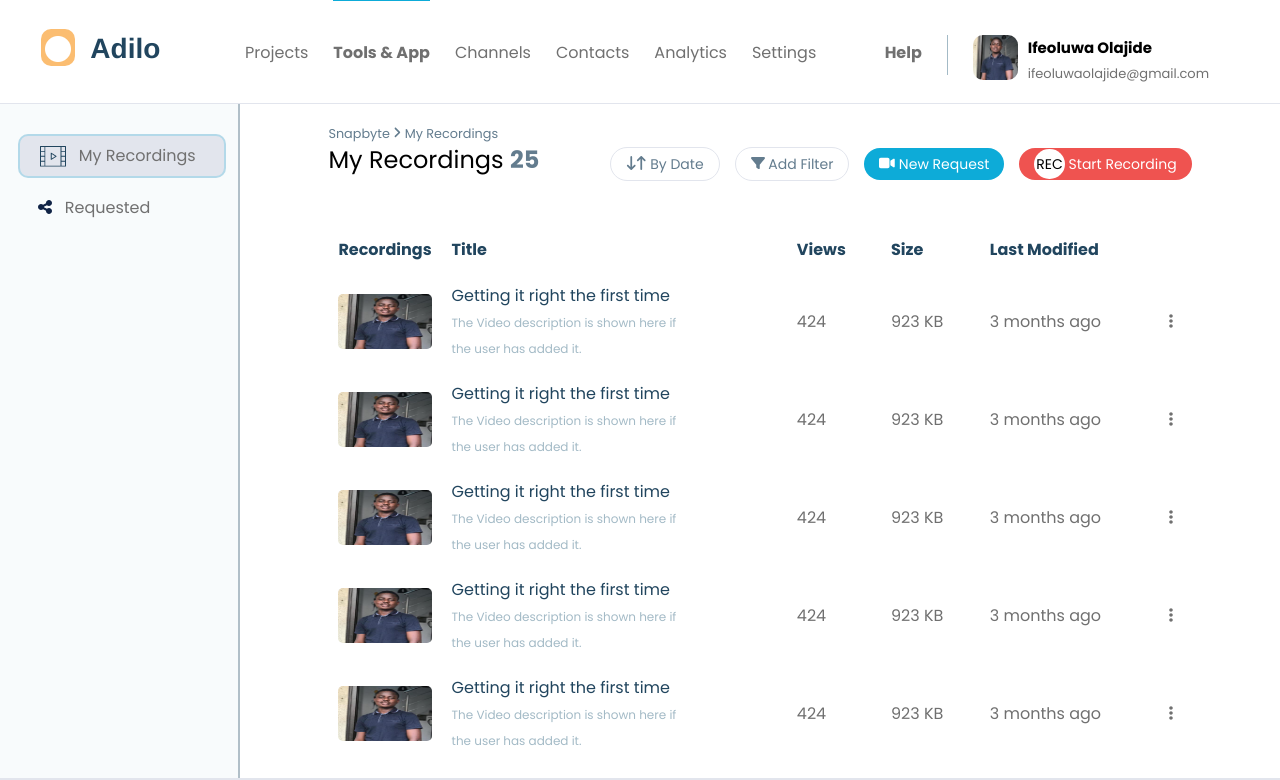
Repository: olhighjay/video_recorder
Page: /
An editor plug-in stored every save of this project. The page is shown before and after the next save, followed by the edit.
The browser window is 1280 px wide. The pictures show the whole page.
Some web libraries are served in a nearby version. The project was rebuilt for these pictures with package versions that can differ from the ones it lists, and the page was loaded fresh each time. Also part of the build but not shown: vue.config.js.

Above is the page before, as saved 2022-07-29 08:40:00.

### public/index.html
<!DOCTYPE html>
<html lang="">
  <head>
    <meta charset="utf-8">
    <meta http-equiv="X-UA-Compatible" content="IE=edge">
    <meta name="viewport" content="width=device-width,initial-scale=1.0">
    <link rel="icon" href="<%= BASE_URL %>favicon.ico">
    <title><%= htmlWebpackPlugin.options.title %></title>
    <link rel="stylesheet" href="https://cdn.jsdelivr.net/npm/bootstrap@4.0.0/dist/css/bootstrap.min.css" integrity="sha384-Gn5384xqQ1aoWXA+058RXPxPg6fy4IWvTNh0E263XmFcJlSAwiGgFAW/dAiS6JXm" crossorigin="anonymous">
    <link rel="stylesheet" href="https://cdnjs.cloudflare.com/ajax/libs/font-awesome/6.1.2/css/all.min.css" integrity="sha512-1sCRPdkRXhBV2PBLUdRb4tMg1w2YPf37qatUFeS7zlBy7jJI8Lf4VHwWfZZfpXtYSLy85pkm9GaYVYMfw5BC1A==" crossorigin="anonymous" referrerpolicy="no-referrer" />
  </head>
  <body>
    <noscript>
      <strong>We're sorry but <%= htmlWebpackPlugin.options.title %> doesn't work properly without JavaScript enabled. Please enable it to continue.</strong>
    </noscript>
    <div id="app"></div>
    <!-- built files will be auto injected -->

    <script src="https://cdnjs.cloudflare.com/ajax/libs/font-awesome/6.1.2/js/all.min.js" integrity="sha512-8pHNiqTlsrRjVD4A/3va++W1sMbUHwWxxRPWNyVlql3T+Hgfd81Qc6FC5WMXDC+tSauxxzp1tgiAvSKFu1qIlA==" crossorigin="anonymous" referrerpolicy="no-referrer"></script>
    <script src="https://code.jquery.com/jquery-3.2.1.slim.min.js" integrity="sha384-KJ3o2DKtIkvYIK3UENzmM7KCkRr/rE9/Qpg6aAZGJwFDMVNA/GpGFF93hXpG5KkN" crossorigin="anonymous"></script>
    <script src="https://cdn.jsdelivr.net/npm/popper.js@1.12.9/dist/umd/popper.min.js" integrity="sha384-ApNbgh9B+Y1QKtv3Rn7W3mgPxhU9K/ScQsAP7hUibX39j7fakFPskvXusvfa0b4Q" crossorigin="anonymous"></script>
    <script src="https://cdn.jsdelivr.net/npm/bootstrap@4.0.0/dist/js/bootstrap.min.js" integrity="sha384-JZR6Spejh4U02d8jOt6vLEHfe/JQGiRRSQQxSfFWpi1MquVdAyjUar5+76PVCmYl" crossorigin="anonymous"></script>
  </body>
</html>

### src/App.vue
<template>
  <!-- <img alt="Vue logo" src="./assets/logo.png"> -->
  <div>
    <navbar></navbar>
    <div id="main-flex">
      <div class="my-sidebar">
        <ul class="my-sidebar-items">
            <li class="sidebar-item-active"> <img src="./assets/video-player.png" alt=""> &nbsp; My Recordings</li>
            <li> <i class="fa fa-share-alt" style="color:#102346"></i> &nbsp; Requested</li>
        </ul>
      </div>
        <div class="my-main">
          <div class="my-main-container">
            <div><small class="breadcrumbs">Snapbyte <i class="fa fa-angle-right" style="font-weight:200"></i> My Recordings</small></div>
            <div class="subheading-tab">
              <div> <span class="my-recordings">My Recordings </span><span class="my-recordings-count">25</span> </div>
              <div>
                <button class="sub-heading-btn white-btn">
                  <i class="fa fa-long-arrow-down" aria-hidden="true"></i>
                  <i class="fa fa-long-arrow-up" aria-hidden="true"></i>
                  By Date
                </button>
                <button class="sub-heading-btn white-btn">
                  <i class="fa-solid fa-filter"></i>
                  Add Filter
                </button>
                <button class="sub-heading-btn blue-btn">
                  <i class="fa fa-video"></i>
                  New Request
                </button>
                <button class="sub-heading-btn red-btn">
                  <span style="color:#000; background-color:#fff; border-radius:50%; padding:5px 2px">REC</span>
                  Start Recording
                </button>
              </div>
            </div>
            <!-- <div style="border: 1px dashed #A3BAC6; margin-top:30px;
              border-radius: 38px;
              opacity: 1; padding-top:105.9px; padding-bottom:68.5px">
              <p style="color: #000; font-size: 22px; text-align:center; font-weight:medium; margin-top:56px">Say hello to the world!</p>
              <p style="color: #637C8E; font-size: 14px; text-align:center;">Record your first video/audio and share it what your team, friends, <br />followers and customers.</p>
              <div class="text-center">
                <button class="sub-heading-btn red-btn">Start Recording</button>
                <button class="sub-heading-btn blue-btn">New Request</button>
              </div>
            </div>
            <div class="footer" style="margin-top:42px; margin-bottom: 140px">
              <div>

              </div>
              <div>
                <p style="font-size: 26px; color:#21455E">Want more controls & better <br />quality recording?</p>
                <button class="sub-heading-btn blue-btn">Download the desktop recorder</button>
              </div>
            </div> -->
            <div class="table-responsive-xl" style="margin-top:46.1px">
              <table class="">
  <thead>
    <tr >
      <th scope="col" class="my-table-title">Recordings</th>
      <th scope="col" class="my-table-title" colspan="3">Title</th>
      <th scope="col" style="width:10%"></th>
      <th scope="col" class="my-table-title">Views</th>
      <th scope="col" class="my-table-title">Size</th>
      <th scope="col" class="my-table-title">Last Modified</th>
      <th scope="col" class="my-table-title"></th>
    </tr>
  </thead>
  <tbody>
    <tr>
      <td style="width:13%; ">
        <img alt="Profile Image" src="./assets/profile.jpg" class="table-profile-image">
      </td>
      <td style="width:30%" colspan="3">
        <span class="row-col-txt">Getting it right the first time </span> <br />
        <span class="row-col-subtxt">The Video description is shown here if the user has added it. </span>
      </td>
      <td style="width:10%">
      </td>
      <td>424</td>
      <td>923 KB</td>
      <td>3 months ago</td>
      <td><i class="fa fa-ellipsis-v"></i></td>
    </tr>
    <tr>
      <td style="width:13%; ">
        <img alt="Profile Image" src="./assets/profile.jpg" class="table-profile-image">
      </td>
      <td style="width:30%" colspan="3">
        <span class="row-col-txt">Getting it right the first time </span> <br />
        <span class="row-col-subtxt">The Video description is shown here if the user has added it. </span>
      </td>
      <td style="width:10%">
      </td>
      <td>424</td>
      <td>923 KB</td>
      <td>3 months ago</td>
      <td><i class="fa fa-ellipsis-v"></i></td>
    </tr>
    <tr>
      <td style="width:13%; ">
        <img alt="Profile Image" src="./assets/profile.jpg" class="table-profile-image">
      </td>
      <td style="width:30%" colspan="3">
        <span class="row-col-txt">Getting it right the first time </span> <br />
        <span class="row-col-subtxt">The Video description is shown here if the user has added it. </span>
      </td>
      <td style="width:10%">
      </td>
      <td>424</td>
      <td>923 KB</td>
      <td>3 months ago</td>
      <td><i class="fa fa-ellipsis-v"></i></td>
    </tr>
    <tr>
      <td style="width:13%; ">
        <img alt="Profile Image" src="./assets/profile.jpg" class="table-profile-image">
      </td>
      <td style="width:30%" colspan="3">
        <span class="row-col-txt">Getting it right the first time </span> <br />
        <span class="row-col-subtxt">The Video description is shown here if the user has added it. </span>
      </td>
      <td style="width:10%">
      </td>
      <td>424</td>
      <td>923 KB</td>
      <td>3 months ago</td>
      <td><i class="fa fa-ellipsis-v"></i></td>
    </tr>
    <tr>
      <td style="width:13%; ">
        <img alt="Profile Image" src="./assets/profile.jpg" class="table-profile-image">
      </td>
      <td style="width:30%" colspan="3">
        <span class="row-col-txt">Getting it right the first time </span> <br />
        <span class="row-col-subtxt">The Video description is shown here if the user has added it. </span>
      </td>
      <td style="width:10%">
      </td>
      <td>424</td>
      <td>923 KB</td>
      <td>3 months ago</td>
      <td><i class="fa fa-ellipsis-v"></i></td>
    </tr>
  </tbody>
</table>
            </div>
          </div>
        </div>
    </div>
  </div>
</template>

<script>
// import HelloWorld from './components/HelloWorld.vue'
import Navbar from './layouts/Navbar.vue'

export default {
  name: 'App',
  components: {
    Navbar
  }
}
</script>


<style>
 @import url('https://fonts.googleapis.com/css2?family=Poppins:wght@400;500;700&display=swap');

#main-flex {
  display: flex;
  width: 100%;
}

.my-sidebar {
  flex: 0 0 240px;
  /* width: 20%; */
  /* height: 100%; */
  background-color: #ebf2f656;
  border-right: 2px solid #21455e54;
  /* border-right: 2px solid #21455E; */
  /* width:250px; */
}
.my-sidebar-items {
  list-style: none;
  padding: 20px 0;
}
.my-sidebar-items>li {
  margin : 10px 12px 10px 18px;
  padding: 7px 20px ;
}
.sidebar-item-active {
  background-color: #E2E5ED;
  border: 2px solid #0DABD838;
  border-radius: 10px;
}





.my-main {
  flex: 1;
  flex-wrap: wrap;
}
.my-main-container {
  padding: 1.5% 8.5%;
}
.subheading-tab {
  display: flex;
  justify-content: space-between;
}
.sub-heading-btn {
  padding: 3px 15px;
  border-radius: 20px;
  margin-left: 15px;
  font-size: 14px;
}
.white-btn {
  border: 1px solid #E2E5ED;
  background-color: white;
  color: #637C8E;
}
.blue-btn {
  border: none;
  background-color: #0DABD8;
  color: #fff;
}
.red-btn {
  border: none;
  background-color: #EF5350;
  color: #fff;
}
.my-recordings, .my-recordings-count {
  font-size: 24px;
  color: #000
}
.my-recordings {
  color: #000
}
.my-recordings-count {
  color: #637C8E;
  font-weight: 600;
}
.breadcrumbs {
  color:#637C8E;
}


table  {
  border-spacing: 300px !important;
}
th, td {
  padding: 10px;
}
.my-table-title {
  text-align: left;
  font: normal normal medium 18px/27px Poppins;
  letter-spacing: 0px;
  color: #21455E;
}
.row-col-txt {
  color:#21455E
}
.row-col-subtxt {
  text-align: left;
  font: normal normal normal 12px/18px Poppins;
  letter-spacing: 0px;
  color: #A3BAC6;
  line-height: 0;
}
.table-profile-image {
  width:100%;
  height:55px;
  border-radius:5px;
}


#app {
  font-family: Avenir, Helvetica, Arial, sans-serif;
  font: normal normal normal 14px/26px Poppins;
  -webkit-font-smoothing: antialiased;
  -moz-osx-font-smoothing: grayscale;
   /* text-align: center; */
   font-size: 16px;
  color: #707070;
  border-bottom: solid 2px #E2E5ED;
  overflow: hidden;
  /* margin-top: 60px;  */
}


</style>

### src/layouts/Navbar.vue
<template>
    <nav class="">
      <div class="nav-logo-area">
        <div class="nav-logo-area-inner">
          <div class="white-logo-wrap">
            <span class="white-logo-bkg">
            <img alt="Adilo logo" src="../assets/swarm.png">
            </span>
          </div>
          <div class="adilo">Adilo</div>
        </div>
      </div>
      <div class="nav-tab">
        <ul class="my-nav-list">
          <li><a>Projects</a></li>
          <li class="active-nav-item"> <a>Tools & App</a></li>
          <li><a>Channels</a></li>
          <li><a>Contacts</a></li>
          <li><a>Analytics</a></li>
          <li><a>Settings</a></li>
        </ul>
      </div>
      <div class="nav-profile">
        <ul class="my-nav-list">
          <li><a><b>Help</b></a></li>
        </ul>
        <div class="profile-info">
          <div class="profile-border"></div>
          <div >
            <img alt="Profile Image" src="../assets/profile.jpg" class="profile-img">
          </div>
          <div style="margin-left:10px">
            <span class="profile-name">Ifeoluwa Olajide </span>
            <p class="profile-email">ifeoluwaolajide@gmail.com</p>
          </div>
        </div>
      </div>
    </nav>
</template>
<script>
export default {
    name: 'NavbarComponent'
}
</script>
<style>
     nav {
    display: flex;
    /* height: 69px; */
    padding: 0 0.032%;
    border-bottom: solid 1px #E2E5ED;
  }

  .nav-logo-area {
    flex: 0 0 16%;
    padding-left: 3.2%;
    padding-top: 19px;
    padding-bottom: 27px;
  }
  .nav-logo-area-inner {
    display: flex;
  }
  .nav-tab {
    flex: 0 0 50%;
  }
  .nav-profile {
    flex: 0 0 34%;
    display: flex;
  }
  .my-nav-list {
    list-style: none;
    padding-top: 40px;
  }
  .my-nav-list>li {
    display: inline;
    margin-right: 25px;
    padding-top: 40px;
  }
  .my-nav-list>li>a {
    text-align: left;
    /* font: normal normal normal 18px/27px Poppins; */
    letter-spacing: 0px;
    color: #707070;
    opacity: 1
  }
  .white-logo-wrap {
    padding-top:16px;
  }
  .white-logo-bkg {
    background-color:#FBBD71;
    padding:7px 4px;
    border-radius:10px;
  }
  .adilo {
    font: normal normal bold 28px/32px Helvetica;
    font-size:28px;
    margin-left:15px;
    font-weight:bold;
    color:#21455E;
    padding-top:14px;
  }
  .profile-info {
    padding-top:35px;
    display:flex;
  }
  .active-nav-item {
    border-top: 6px solid #0DABD8;
    font-weight: 600;
  }
  .profile-border {
    border-left: 1px solid #A3BAC6;
    padding-left:25px;
    height:40px;
  }
  .profile-img {
    width:45px; height: 45px;
    border-radius:10px;
  }
  .profile-name {
    font-weight:bold;
    font-size:15px;
    color:black;
  }
  .profile-email {
    font-size:13px;
  }
</style>

Loaded but not shown: src/main.js (common file)

After the next save:
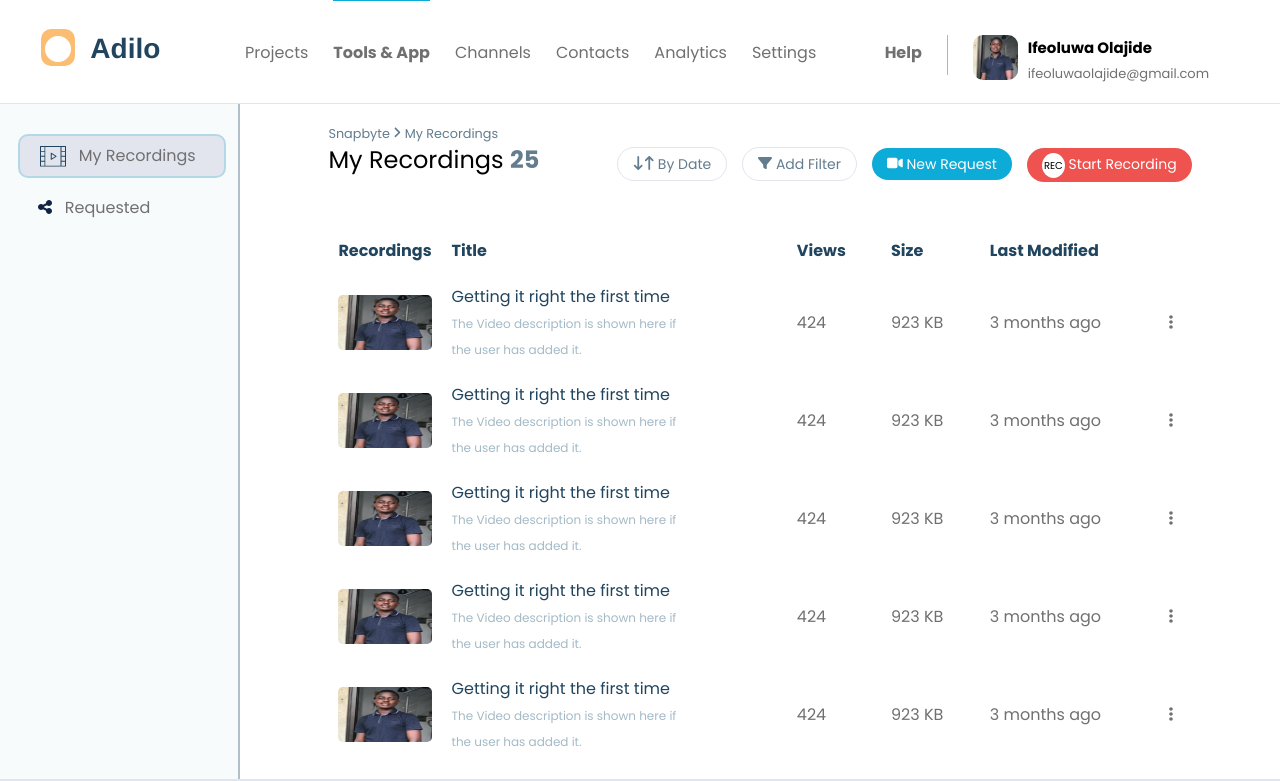
Saved 20 s later.
--- a/src/App.vue
+++ b/src/App.vue
@@ -29,7 +29,7 @@
                   New Request
                 </button>
                 <button class="sub-heading-btn red-btn">
-                  <span style="color:#000; background-color:#fff; border-radius:50%; padding:5px 2px">REC</span>
+                  <span style="color:#000; background-color:#fff; border-radius:50%; padding:5px 2px; font-size:10px">REC</span>
                   Start Recording
                 </button>
               </div>
